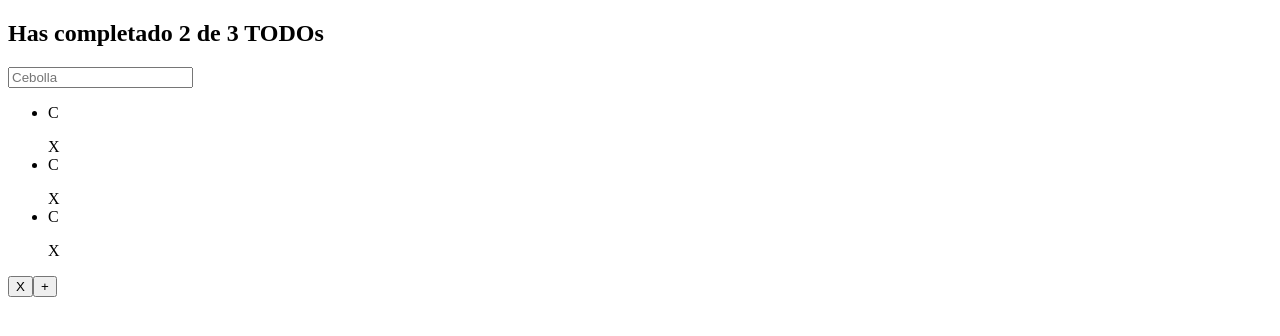
Repository: Pandrea-hub/TODOs
Page: /
These files come from the project's save history. The page is drawn as it stood at one moment and after the next save; the edit follows.
The browser window is 1280 px wide. The pictures show the whole page.
The project was rebuilt for these pictures with package versions that can differ from the ones it lists, and the page was loaded fresh each time.

Above is the page before, as saved 2022-06-05 12:30:18.

After the next save:
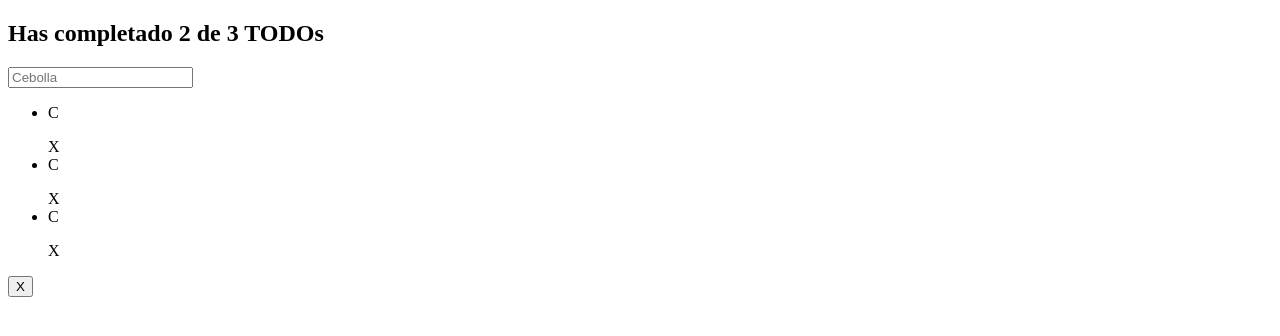
Saved 21 s later.
--- a/src/App.js
+++ b/src/App.js
@@ -23,7 +23,6 @@ function App() {
         ))}
       </TodoList>
       <CreateTodoButton />
-      <button>+</button>
     </React.Fragment>
 
   );
